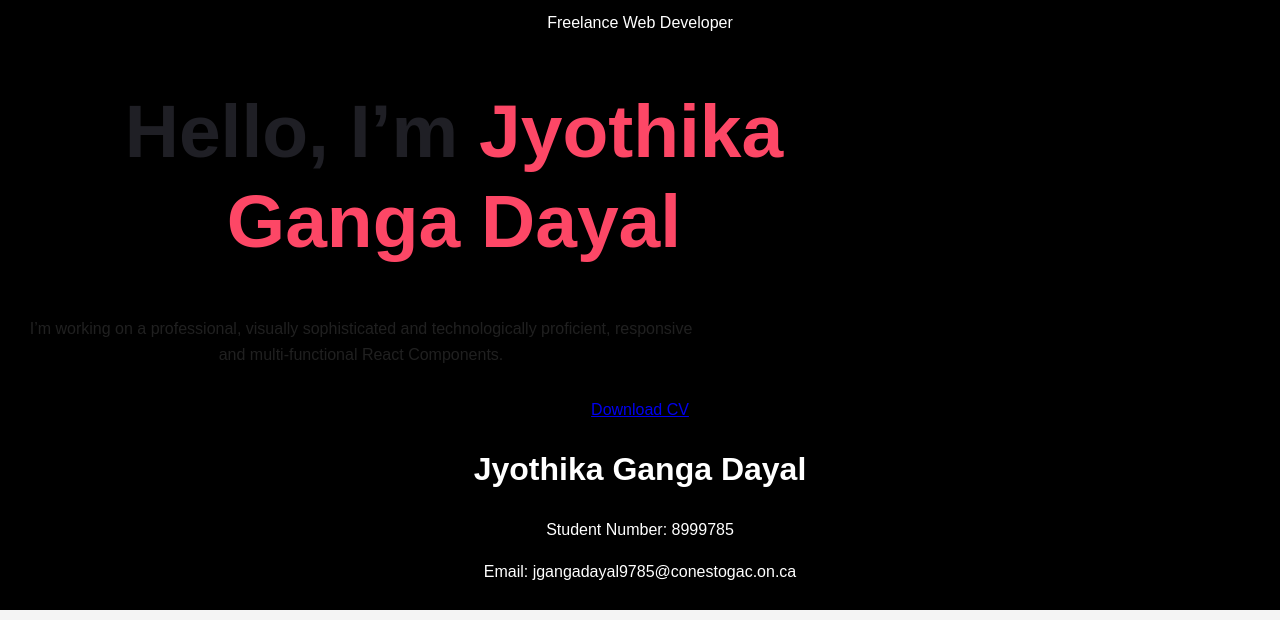
Repository: jyothika123/portfolio
Page: index.html
These files come from the project's save history. The page is drawn as it stood at one moment and after the next save; the edit follows.
The browser window is 1280 px wide. The pictures show the part of the page from y = 0 to 620 px (the page is 1416 px tall before and 1286 px after).
Pictures or frames that could not be fetched are drawn as grey boxes.

Above is the page before, as saved 2024-09-22 15:19:39.

### index.html
<!DOCTYPE html>
<html lang="en">
<head>
    <meta charset="UTF-8">
    <meta name="viewport" content="width=device-width, initial-scale=1.0">
    <link rel="stylesheet" href="css/style.css">
    <title>Jyothika Ganga Dayal</title>
</head>
<body>
    <header>
        <div class="content">
            <span class="title">Freelance Web Developer</span>
            <h1>Hello, I’m <span>Jyothika Ganga Dayal</span></h1>
            <p>
              I’m working on a professional, visually sophisticated and
              technologically proficient, responsive and multi-functional React
              Components.
            </p>
            <a href="#" class="btn">Download CV</a>
          </div>
        <h1>Jyothika Ganga Dayal</h1>
        <p>Student Number: 8999785</p>
        <p>Email: jgangadayal9785@conestogac.on.ca</p>
    </header>
    <main>
        <section class="bio">
            <img src="images/image.PNG" alt="A photo representing me" class="profile">
            <h2>About Me</h2>
            <p>Myself Jyothika </p>
        </section>
        <section class="country">
            <h2>Your Country</h2>
            <p>A brief paragraph about your country.</p>
            <iframe width="560" height="315" src="https://www.youtube.com/embed/your_video_id"
                    title="Interesting video about me/country/skills"
                    frameborder="0" allowfullscreen></iframe>
        </section>
    </main>
    <aside>
        <h2>Skills</h2>
        <ul>
            <li>Technology/Programming Language 1</li>
            <li>Technology/Programming Language 2</li>
            <li>Technology/Programming Language 3</li>
        </ul>
    </aside>
    <footer>
        <p>&copy; 2024 Your Name. All rights reserved.</p>
    </footer>
</body>
</html>

### css/style.css


body {
    font-family: Arial, sans-serif;
    line-height: 1.6;
    margin: 0;
    padding: 0;
    color: #333;
    background-color: #f4f4f4;
}

header {
    background: #000000;
    color: #fff;
    padding: 10px 20px;
    text-align: center;
}

main {
    display: flex;
    justify-content: space-between;
    padding: 20px;
}

.bio {
    flex: 2;
    margin-right: 20px;
}

.country {
    flex: 3;
}

aside {
    background: #E9ECEF;
    padding: 20px;
    flex: 1;
}

footer {
    background: #007BFF;
    color: #fff;
    text-align: center;
    padding: 10px 0;
    position: relative;
    bottom: 0;
    width: 100%;
}

.profile{
    width:350px;
    height: 350px;
}

.content h1 {
    color: #1f1f25;
    font-size: 75px;
    font-weight: 900;
    line-height: 90px;
    text-transform: inherit;
    width: 70%;
  }
  .content h1 span {
    color: #fd4766;
  }
  .content p {
    width: 55%;
    color: #202020;
    margin-top: 25px;
    margin-bottom: 30px;
  }

After the next save:
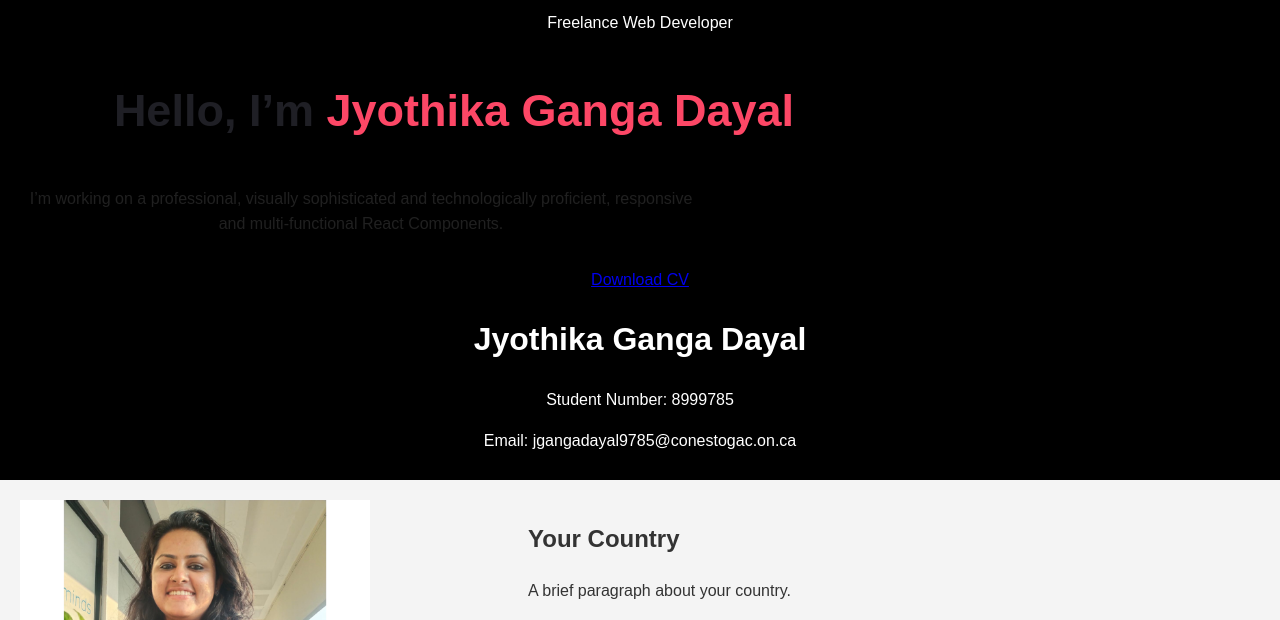
Saved 33 s later.
--- a/css/style.css
+++ b/css/style.css
@@ -54,7 +54,7 @@ footer {
 
 .content h1 {
     color: #1f1f25;
-    font-size: 75px;
+    font-size: 45px;
     font-weight: 900;
     line-height: 90px;
     text-transform: inherit;
